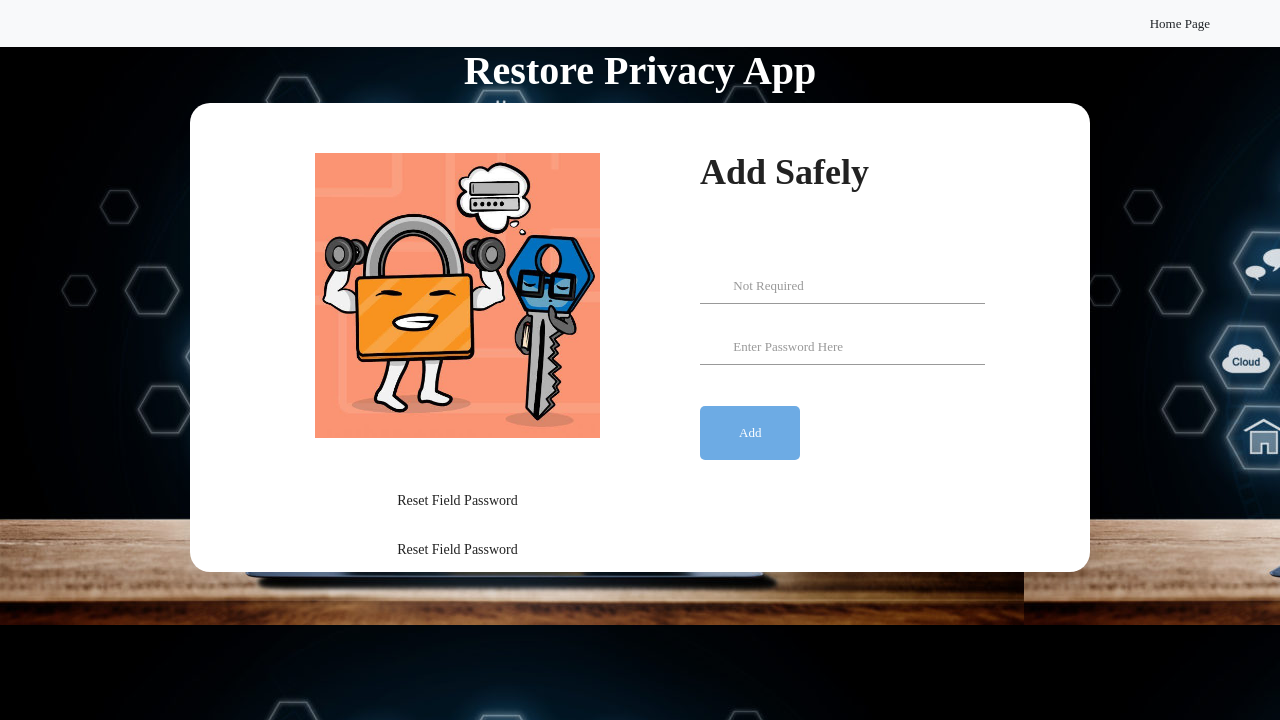
Repository: Sunil-731820/AllWorkingModels
Page: http://localhost/PasswordManagerApp/AddPassword.jsp
An editor plug-in stored every save of this project. The page is shown before and after the next save, followed by the edit.
The browser window is 1280 px wide. The pictures show the whole page.
Some web fonts or font styles are not loaded; a fallback is used. Some web libraries are served in a nearby version. The page is served by Tomcat 9.

Above is the page before, as saved 2022-09-27 08:52:52.

After the next save:
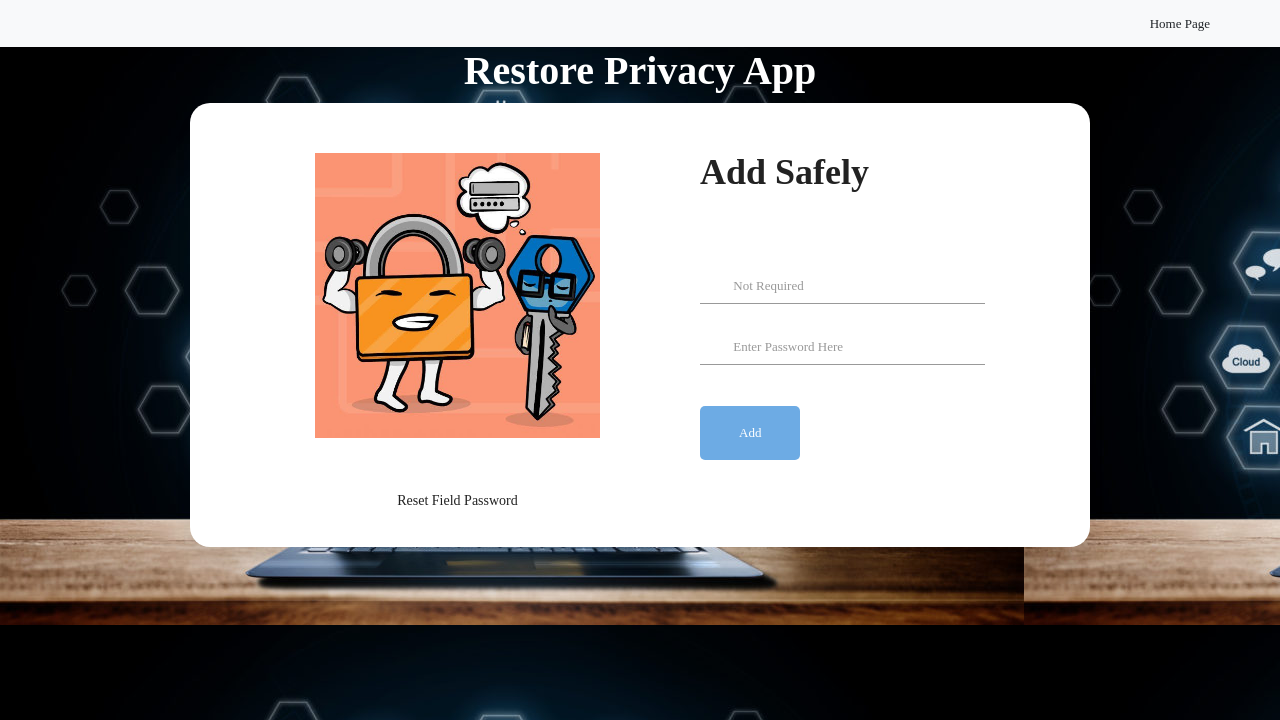
Saved 70 s later.
--- a/PasswordManagerApp/src/main/webapp/AddPassword.jsp
+++ b/PasswordManagerApp/src/main/webapp/AddPassword.jsp
@@ -75,7 +75,7 @@
                         <div class="signin-image">
                             <figure><img src="img/addPassImg.jpg" alt="sing up image"></figure>
                             <a href="AddPassword.jsp" class="signup-image-link">Reset Field Password </a>&nbsp;&nbsp;&nbsp;&nbsp;&nbsp;
-                            <a href="AddPassword.jsp" class="signup-image-link">Reset Field Password </a>
+
                         </div>
 
                         <div class="signin-form">
